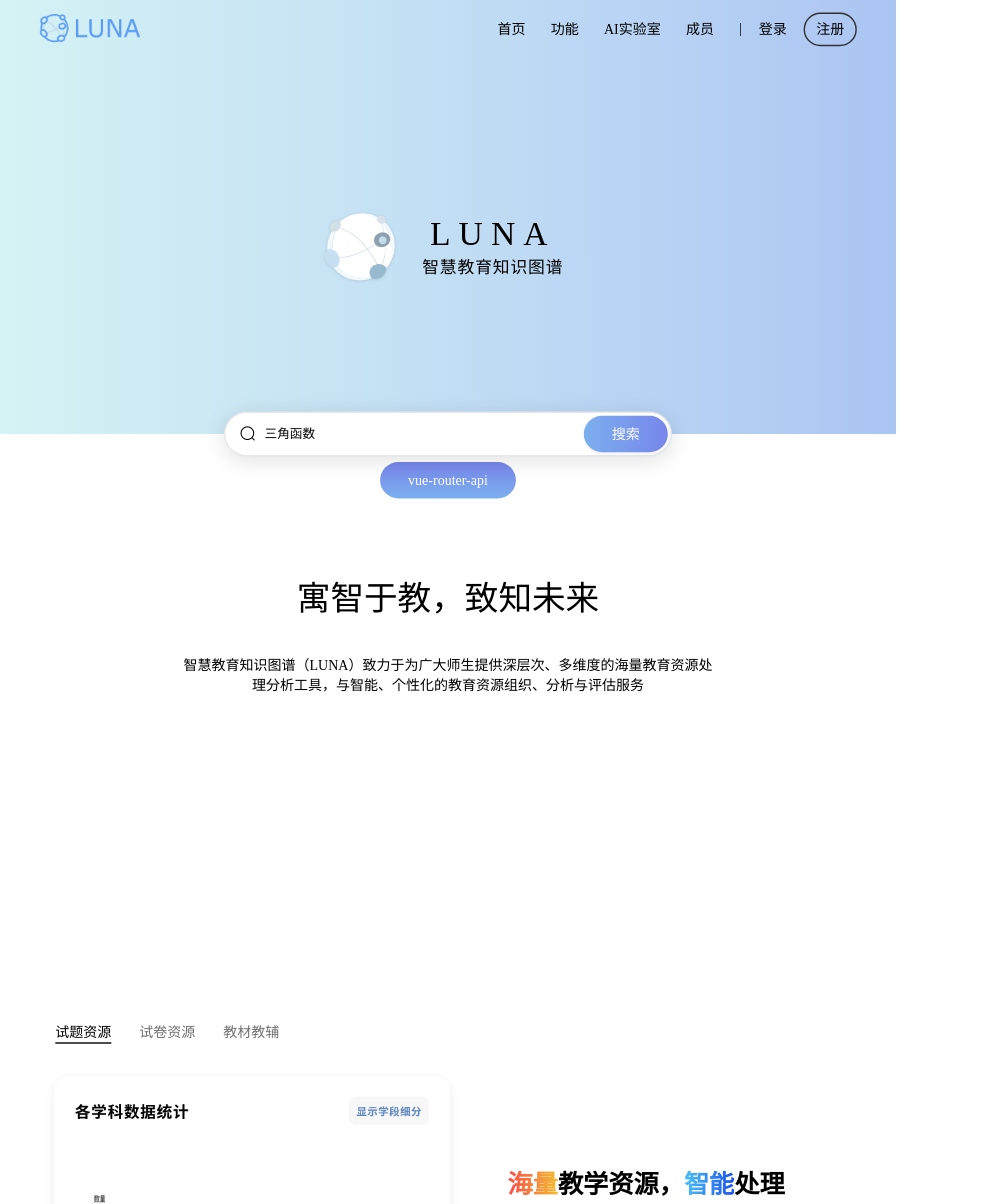
Repository: xydzy1/vue-start
Page: /
An editor plug-in stored every save of this project. The page is shown before and after the next save, followed by the edit.
The browser window is 1280 px wide. The page is 1440 px wide, so the pictures cover 1440 px, including what lies to the right of the window. The pictures show the part of the page from y = 0 to 1720 px (the page is 4352 px tall), at 70% of full size.
The project was rebuilt for these pictures with package versions that can differ from the ones it lists, and the page was loaded fresh each time. Also part of the build but not shown: vite.config.js, vue.config.cjs, src/assets/part1.css.

Above is the page before, as saved 2023-08-13 12:54:21.

### index.html
<!doctype html>
<html lang="en">
  <head>
    <meta charset="UTF-8" />
    <link rel="icon" type="image/svg+xml" href="/vite.svg" />
    <meta name="viewport" content="width=device-width, initial-scale=1.0" />
    <title>Vite App</title>
  </head>
  <body>
    <div id="app"></div>
    <script type="module" src="./src/main.js"></script>
  </body>
</html>

### src/App.vue
<template>
	<div>
		<router-view/>
	</div>
</template>

<script>

</script>

### src/components/main.vue
<template>
	<body class="font-Sara items-center overflow-x-hidden">
		<part1/>
		<part2/>
		<part3/>
		<part4/>
	</body>
</template>

<style scoped>

</style>

<script>
	import part1 from './all_part/part1.vue'
	import part2 from './all_part/part2.vue'
	import part3 from './all_part/part3.vue'
	import part4 from './all_part/part4.vue'
	export default{
		data() {
			return {}
		},
		methods:{},
		created(){
		},
		components:{part1,part2,part3,part4},
	}
	//导航栏响应滚动变色
	window.onscroll=function(){
		var topScroll =window.pageYOffset;
		console.log(topScroll)
		var nav=document.getElementById("nav");
		if(topScroll>120){
			nav.style.backgroundColor = 'rgba(255,255,255,0.75)';
			nav.style.backdropFilter = 'blur(24px)';
		}
		else{
			nav.style.backgroundColor = '';
			nav.style.backdropFilter = '';
		}
	}

</script>

### src/components/all_part/part1.vue
<template>
    <div>
        <div class="w-full max-w-1280 p-10 md:p-5 absolute flex items-center justify-center h-p1_1_nh md:h-p1_1_wh bg-gradient-to-r from-p1_c3 from-0% via-p1_c2 via-45% to-p1_c1 to-100% bg-opacity-100">
			<div class="fixed flex flex-row top-0 w-full z-50 py-nav_py" id="nav">
				<span class="flex-none pl-14">
					<img src="../../image/logo.png" class="w-36 h-11" >
				</span>
				<span class="flex-1"></span>
				<span class="hidden flex-none md:flex flex-row flex-nowrap max-w-1280 mx-14 text-xl font-medium">
					<button class="pr-3 hover:text-blue-400">首页</button>
					<button class="pr-3 ml-6 hover:text-blue-400">功能</button>
					<button v-for="item in ['AI实验室','成员']" class="ml-6 pr-3 hover:text-blue-400">{{ item }}</button>
					<span class="ml-6 mt-2">|</span>
					<button class="ml-6 hover:text-blue-400 ">登录</button>
					<button class="border-login_cborder border-2 rounded-full pl-4 pr-4 ml-6 py-2 hover:text-blue-400 ">注册</button>
				</span>
				<span class="flex-1 md:hidden">
					<button class="hover:text-blue-400 text-4xl absolute right-4"><i class="el-icon-menu"></i></button>
				</span>
			</div>
			<div class="absolute flex flex-row max-w-1280 bottom-logo_bottom">
				<span class="flex-none">
					<img src="../../image/logo2.png" class="w-32 h-32">
				</span>
				<span class="mx-3 pt-5">
					<h1 class="text-5xl font-medium px-5 tracking-widest">LUNA</h1>
					<h2 class="text-2xl font-normal text-center max-w-760 mt-2 tracking-wider">智慧教育知识图谱</h2>
				</span>
			</div>
			<div class="absolute flex flex-row shadow-p1_shadow max-w-1280 border-2 rounded-full w-auto md:w-160 h-16 mx-15 md:mx-0 bg-white items-center bottom-0 -bottom-8 z-40">
				<i class="el-icon-search text-2xl ml-5 mr-3"></i>
				<div class="w-search_frame_narrow md:w-search_frame_wide">
					<input type="text" class="my-search_frame_my flex-none text-left text-4.5 font-medium w-search_frame_narrow md:w-search_frame_wide flex-none outline-none z-1" placeholder="在此输入知识点名称" v-model="serchinfo">
				</div>
				<button @click='hello' class="ml-4 shadow-p1_shadow2 transition duration-300 text-center rounded-full px-10 py-3 z-2 text-white text-xl font-normal bg-gradient-to-r from-p1_cbutton1 to-p1_cbutton2">
					搜索
				</button>
			</div>
		</div>
        <div class="w-full max-w-1280 absolute flex items-center justify-center h-p1_2_nh md:h-p1_2_wh mt-p1_1_nh md:mt-p1_1_wh">
			    <div class="absolute top-10">
				    <button @click="hello" class="transition duration-300 rounded-full pl-10 pr-10 pt-3 pb-3 bg-gradient-to-t from-p1_cbutton1 to-p1_cbutton2 text-white text-xl font-normal">
					    vue-router-api
				    </button>
			    </div>
			    <div class="flex-none absolute top-1/3 w-760 text-center text-5xl font-medium">
				    寓智于教，致知未来
			    </div>
			    <div class="flex-none absolute flex top-1/2 w-760 text-center text-xl font-normal">
					智慧教育知识图谱（LUNA）致力于为广大师生提供深层次、多维度的海量教育资源处理分析工具，与智能、个性化的教育资源组织、分析与评估服务
			    </div>
		</div>
    </div>
</template>


<style scoped>
	button{
		transition-duration: 300ms;
	}
	button:active{
		transform: scale(.95);
	}
	button:hover{
		filter: brightness(.9);
	}
</style>

<script>
    export default{
        name: 'part1',
        data() {
			return {
				serchinfo: '三角函数',
			}
		},
		methods:{
			hello() {
				this.$router.replace('/hello');
			},
		},
    }
</script>

### src/components/all_part/part2.vue
<template>
    <div class="absolute overflow-x-hidden w-full max-w-1280 flex items-center justify-center h-1500 minw:h-1000 mt-p2_mt px-10 minw:px-20 py-50">
			<div class="flex flex-col-reverse minw:flex-row flex-none items-center justify-center">
				<div class="flex flex-col items-center justify-center minw:items-stretch mt-20 minw:mt-0">
					<div class="flex flex-row text-xl font-semibold ml-6">
						<div class="flex flex-col" id="b1">
							<button class="flex-none" @click="c1">试题资源</button>
							<p class="w-auto h-0.5 bg-black" id="l1"></p>
						</div>
						<p class="w-10"></p>
						<div class="flex flex-col" id="b2">
							<button class="flex-none" @click="c2">试卷资源</button>
							<p class="w-auto h-0.5 bg-black" id="l2"></p>
						</div>
						<p class="w-10"></p>
						<div class="flex flex-col" id="b3">
							<button class="flex-none" @click="c3">教材教辅</button>
							<p class="w-auto h-0.5 bg-black" id="l3"></p>
						</div>
					</div>
					<div class="flex items-center justify-center mt-8">
						<div class="flex-none">
							<img src="../../image/data.png" class="w-152.5 h-130">
						</div>
					</div>
				</div>
				<div class="flex flex-col mt-36 ml-15">
					<span class="w-125 text-4xl font-bold text-center minw:text-left">
						<span class="bg-gradient-to-r from-p2_cword1_1 to-p2_cword1_2 inline-block bg-clip-text text-transparent">海量</span>
						<span >教学资源，</span>
						<span class="bg-gradient-to-r from-p2_cword2_1 to-p2_cword2_2 inline-block bg-clip-text text-transparent">智能</span>
						<span>处理</span>
					</span>
					<ul class="w-125 text-xl font-normal text-p3_cword4 mt-10 text-center minw:text-left">
						<li>海量标准化、体系化的教学资源</li>
						<li class="pt-6">基于高效准确的试题相似度评估算法的高质量资源库</li>
						<li class="pt-6">智能与个性化的资源录入、查询和管理服务</li>
					</ul>
					<span class="flex flex-row w-125 text-xl text-white font-normal mt-10">
						<button class="bg-p2_cbutton2 pt-3 pb-3 pl-5 pr-5 mr-4  rounded-xl"><i class="el-icon-edit"></i> 试题录入</button>
						<button class="bg-p2_cbutton3 pt-3 pb-3 pl-5 pr-5 mr-4  rounded-xl"><i class="el-icon-search"></i> 试题检索</button>
						<button class="bg-p2_cbutton1 pt-3 pb-3 pl-5 pr-5  rounded-xl"><i class="el-icon-reading"></i> 智能分析</button>
					</span>
				</div>
			</div>
	</div>
</template>

<style>
	button{
		transition-duration: 300ms;
	}
	button:active{
		transform: scale(.95);
	}
	button:hover{
		filter: brightness(.9);
	}
</style>

<script>
    export default{
        name: 'part2',
		data(){
			return{

			}
		},
		methods:{
			c1(){
				var b1=document.getElementById('b1');
				var b2=document.getElementById('b2');
				var b3=document.getElementById('b3');
				var l1=document.getElementById('l1');
				var l2=document.getElementById('l2');
				var l3=document.getElementById('l3');
				b1.style.color='#000000';
				b2.style.color='#707070';
				b3.style.color='#707070';
				l1.style.display='';
				l2.style.display='none';
				l3.style.display='none';
			},
			c2(){
				var b1=document.getElementById('b1');
				var b2=document.getElementById('b2');
				var b3=document.getElementById('b3');
				var l1=document.getElementById('l1');
				var l2=document.getElementById('l2');
				var l3=document.getElementById('l3');
				b1.style.color='#707070';
				b2.style.color='#000000';
				b3.style.color='#707070';
				l1.style.display='none';
				l2.style.display='';
				l3.style.display='none';
			},
			c3(){
				var b1=document.getElementById('b1');
				var b2=document.getElementById('b2');
				var b3=document.getElementById('b3');
				var l1=document.getElementById('l1');
				var l2=document.getElementById('l2');
				var l3=document.getElementById('l3');
				b1.style.color='#707070';
				b2.style.color='#707070';
				b3.style.color='#000000';
				l1.style.display='none';
				l2.style.display='none';
				l3.style.display='';
			}
		},
		mounted(){
			this.c1();
		}
	}
</script>

### src/components/all_part/part3.vue
<template>
    <div class="items-center justify-center py-45 px-10 minw:px-20 absolute w-full max-w-1280 flex flex-col minw:flex-row h-1500 minw:h-1000 mt-p3_mt2 minw:mt-p3_mt1 bg-gradient-to-r from-p3_c1 to-p3_c2">
			<div class="flex-none">
				<div class="flex flex-col items-center minw:items-stretch">
					<span class="flex-none w-125 h-8 text-4xl font-bold text-center minw:text-left">
						<span class="bg-gradient-to-r from-p3_cword1_1 to-p3_cword1_2 inline-block bg-clip-text text-transparent">
							多元
						</span>
						<span>知识点，</span>
						<span class="bg-gradient-to-r from-p3_cword2_1 to-p3_cword2_2 inline-block bg-clip-text text-transparent">
							直观
						</span>
						<span>呈现</span>
					</span>
					<ul class="flex-none text-xl font-normal mt-14 text-p3_cword4 text-center minw:text-left">
						<li>知识点智能化组织与展示</li>
						<li class="pt-6">结构清晰，辅助学生梳理知识</li>
						<li class="pt-6">前驱后继、共同学习和层级关系三种知识关系展示</li>
					</ul>
					<span class="flex-none mt-10 text-white text-xl font-normal">
						<button class="bg-p3_cbutton pl-4 pr-6 pt-3 pb-3 border-2 rounded-xl"><i class="el-icon-right pr-2"></i>立即前往</button>
					</span>
				</div>
			</div>
			<div class="flex-none flex flex-col items-center justify-center px-0 minw:px-20 mt-20 minw:mt-11">
					<div class="w-130 minw:ml-20 h-auto px-8 flex flex-col flex-none border-2 rounded-3xl shadow-p3_shadow bg-white z-0">
						<span class="flex-none">
							<img src="../../image/triangle.png" class="w-114 h-80">
							<img src="../../image/triangle2.png" class="relative left-3/4 w-16 h-28">
						</span>
						<span class="pb-8 mt-8 flex flex-col flex-none">
							<span class="text-2xl font-bold">三角函数</span>
							<span class="text-xl font-normal text-p3_cword3 mt-6 leading-8">
								<p>三角函数是基本初等函数之一，是以角度（数学上最常用弧度制，下同）为自变量，
									角度对应任意角终边与单位圆交点坐标或其比值为因变量的函数...</p>
							</span>
						</span>
					</div>
			</div>
	</div>
</template>

<script>
    export default{
        name: 'part2'
    }
</script>

### src/components/all_part/part4.vue
<template>
    <div class="transition duration-200 ease-in-out w-full max-w-1280">
        <div class="py-66 px-20 absolute flex flex-col h-auto md:h-1160 mt-p4_mt2 minw:mt-p4_mt1 items-center justify-center">
			<div class="flex-none flex text-4xl ml-24 minw:ml-0 font-bold w-125 ">
				<span class="bg-gradient-to-r from-p4_cword1_1 to-p4_cword1_2 inline-block bg-clip-text text-transparent">
					特色
				</span>
				<span>教育功能，</span>
				<span class="bg-gradient-to-r from-p4_cword2_1 to-p4_cword2_2 inline-block bg-clip-text text-transparent">
					倾力
				</span>
				<span>打造</span>
			</div>
			<div class="flex flex-col minw:flex-row mt-12">
				<div class="flex-none flex flex-col md:flex-row max-w-full minw:max-w-2xl">
					<div class="relative transform hover:-translate-y-4 flex flex-col w-auto min-w-72 h-96 rounded-3xl shadow-p4_shadow mx-4">
						<div class="rounded-t-3xl w-auto min-w-72 h-36 overflow-hidden text-center">
							<img src="../../image/p4-1.png" class="w-full h-full">
						</div>
						<span class="text-2xl font-bold mt-5 mx-5">试卷分析</span>
						<span class="text-p3_cword3 leading-8 mt-2 mx-5 font-normal">
							<p>使用人工智能和数据挖掘技术在多个层次和维度上分析
							试卷，如各题型占比、知识点分值和难度变化</p>
						</span>
						<span class="absolute bottom-5">
							<button class="text-p4_cbutton pl-5 pt-2">了解更多<i class="el-icon-right pl-2"></i></button>
						</span>
					</div>
					<div class="relative transform hover:-translate-y-4 flex flex-col w-auto min-w-72 h-96 rounded-3xl shadow-p4_shadow mx-4 mt-16 md:mt-0">
						<div class="rounded-t-3xl w-auto min-w-72 h-36 overflow-hidden">
							<img src="../../image/p4-2.png" class="w-full h-full">
						</div>
						<span class="text-2xl font-bold mt-5 mx-5">组卷系统</span>
						<span class="text-p3_cword3 leading-8 mt-2 mx-5 font-normal">
							<p>智能组卷系统提供丰富的选题方式，自动组卷，以及个
								性化试卷和答题卡编辑、预览与下载功能</p>
						</span>
						<span class="absolute bottom-5">
							<button class="text-p4_cbutton pl-5 pt-2">了解更多<i class="el-icon-right pl-2"></i></button>
						</span>
					</div>
				</div>
				<div class="flex flex-none flex-col md:flex-row max-w-full minw:max-w-2xl">
					<div class="relative transform hover:-translate-y-4 flex flex-col w-auto min-w-72 h-96 rounded-3xl shadow-p4_shadow mx-4 mt-16 minw:mt-0">
							<div class="rounded-t-3xl w-auto min-w-72 h-36 overflow-hidden">
								<img src="../../image/p4-3.png"	class="w-full h-full">
							</div>
							<span class="text-2xl font-bold mt-5 mx-5">AI实验室</span>
							<span class="text-p3_cword3 leading-8 mt-2 mx-5 font-normal">
								<p>由LUNA团队提供和维护，依托领先的技术实力，
									为用户提供高品质的教育产品及服务</p>
							</span>
							<span class="absolute bottom-5">
								<button class="text-p4_cbutton pl-5 pt-2">立即前往<i class="el-icon-right pl-2"></i></button>
							</span>
					</div>
					<div class="relative transform hover:-translate-y-4 flex flex-col w-auto min-w-72 h-96 rounded-3xl shadow-p4_shadow mx-4 mt-16 minw:mt-0">
						<div class="rounded-t-3xl w-auto min-w-72 h-36 overflow-hidden">
							<img src="../../image/p4-4.png" class="w-full h-full">
						</div>
						<span class="text-2xl font-bold mt-5 mx-5">智能教辅平台</span>
						<span class="text-p3_cword3 leading-8 mt-2 mx-5 font-normal">
							<p>深层次多维度海量教育资源分析，个性化资源管理
								、组织功能，为教师提供智能化教学服务</p>
						</span>
						<span class="absolute bottom-5">
							<button class="text-p4_cbutton pl-5 pt-2">立即前往<i class="el-icon-right pl-2"></i></button>
						</span>
					</div>
				</div>
			</div>
			<div class="w-full max-w-1280 py-8 px-72 absolute bottom-0 left-0 flex h-40 bg-gray-300 items-center justify-center">
			<div class="flex-none flex flex-col">
				<span class="flex flex-row text-gray-400 text-xl font-normal">
					<span>服务条款</span>
					<span class="ml-14">|</span>
					<span class="ml-14">隐私政策</span>
					<span class="ml-14">|</span>
					<span class="ml-14">联系我们</span>
				</span>
				<span class="flex flex-row text-gray-400 text-xl font-normal pt-4">
					<span>LUNA水镜智能</span>
					<span class="ml-1">©</span>
					<span class="ml-1">大数据分析与应用安徽省重点实验室</span>
				</span>
			</div>
			</div>
		</div>
    </div>
</template>

<style>
	img{
		object-fit: cover;
	}
</style>

<script>
    export default{
        name: 'part2'
    }
</script>

### tailwind.config.cjs
module.exports = {
  purge: ['./index.html', './src/**/*.{vue,js,ts,jsx,tsx}'],
  darkMode: false, // or 'media' or 'class'
  theme: {
    extend: {
      colors: {
        //background color
        p1_c1: '#ABC5F3',
        p1_c2: '#C2DEF4',
        p1_c3: '#D5F2F4',
        p3_c1: '#FFF5F5',
        p3_c2: '#DDE2F6',
        //button color
        login_cborder: '#313131',
        p1_cbutton1: '#7BAFEE',
        p1_cbutton2: '#7786EB',
        p2_cbutton1: '#766AD4',
        p2_cbutton2: '#D46A6A',
        p2_cbutton3: '#6A91D4',
        p3_cbutton: '#6291C4',
        p4_cbutton: '#4E89FF',
        //text color
        p2_cword1_1: '#FF4848',
        p2_cword1_2: '#F0BC2D',
        p2_cword2_1: '#4CC1F7',
        p2_cword2_2: '#1A52EE',
        p2_cword3: '#707070',
        p3_cword1_1: '#23A1CB',
        p3_cword1_2: '#3AF4EB',
        p3_cword2_1: '#F74CBE',
        p3_cword2_2: '#1A52EE',
        p3_cword3: '#9E9E9E',
        p3_cword4: '#787878',
        p4_cword1_1: '#FF3C3C',
        p4_cword1_2: '#663CFF',
        p4_cword2_1: '#F74C88',
        p4_cword2_2: '#CA0F9E',
      },
      container: {
        center: true,
        padding: '10px',
      },
      boxShadow: {
        'p1_shadow': '0px 6px 32px 0px rgba(0, 0, 0, 0.12)',
        'p1_shadow2': '1px 2px 6px 0px rgba(0, 0, 0, 0.08)',
        'p3_shadow': '0px 4px 12px 0px rgba(0, 0, 0, 0.06)',
        'p4_shadow': '0px 6px 16px 0px rgba(0, 0, 0, 0.08)',
      },
      spacing:{
        '11': '44px',
        '15': '60px',
        'nav_py': '17.5px',
        'search_frame_my': '19px',
        '4.5': '22px',
        '25': '100px',
        '41.5': '166px',
        '45': '180px',
        '50': '200px',
        'logo_bottom': '202px',
        '66': '264px',
        'search_frame_narrow' : '320px',
        'search_frame_wide': '440px',
        '114': '456px',
        '125': '500px',
        '130': '520px',
        '140': '560px',
        '152.5': '610px',
        'p1_1_wh': '620px',
        'p1_1_nh': '660px',
        'p1_2_wh' : '632px',
        'p1_2_nh' : '592px',
        '160': '640px',
        '760': '760px',
        '1000': '1000px',
        'p4_h': '1160px',
        '1280': '1280px',
        '1500': '1500px',
        'p2_mt': '1252px',
        'p3_mt1': '2352px',
        'p3_mt2': '2852px',
        'p4_mt1': '3352px',
        'p4_mt2': '4352px',
        'p4_mt3': '5352px',
        '3/5': '60%',
        '1/7': '14.2857143%',
        '1/8': '12.5%',
      },
      letterSpacing: {
        'widest': '.24em',
      },
      flexBasis: {
        '1/7': '14.2857143%',
        '2/7': '28.5714286%',
        '4/7': '57.1428571%',
      },
      fontFamily: {
        'Sara': ['Sarasa Gothic SC'],
      },
      fontSize: {
        '4.5': ['18px', '26px'],
      },
      lineHeight: {
        '12': '3rem',
      },
      screens: {
        'minw': '1200px',
      },
      minWidth:{
        '36': '144px',
        '72': '288px'
      },
      maxWidth:{
        /* 启用最大宽度1280
        '1280': '1280px'
        */
      }
    },
  },
  variants: {
    extend: {},
  },
  plugins: [],
}

Loaded but not shown: src/style/tailwind.css (common file); src/router/index.js (28 lines, source omitted); src/main.js (21 lines, source omitted)

After the next save:
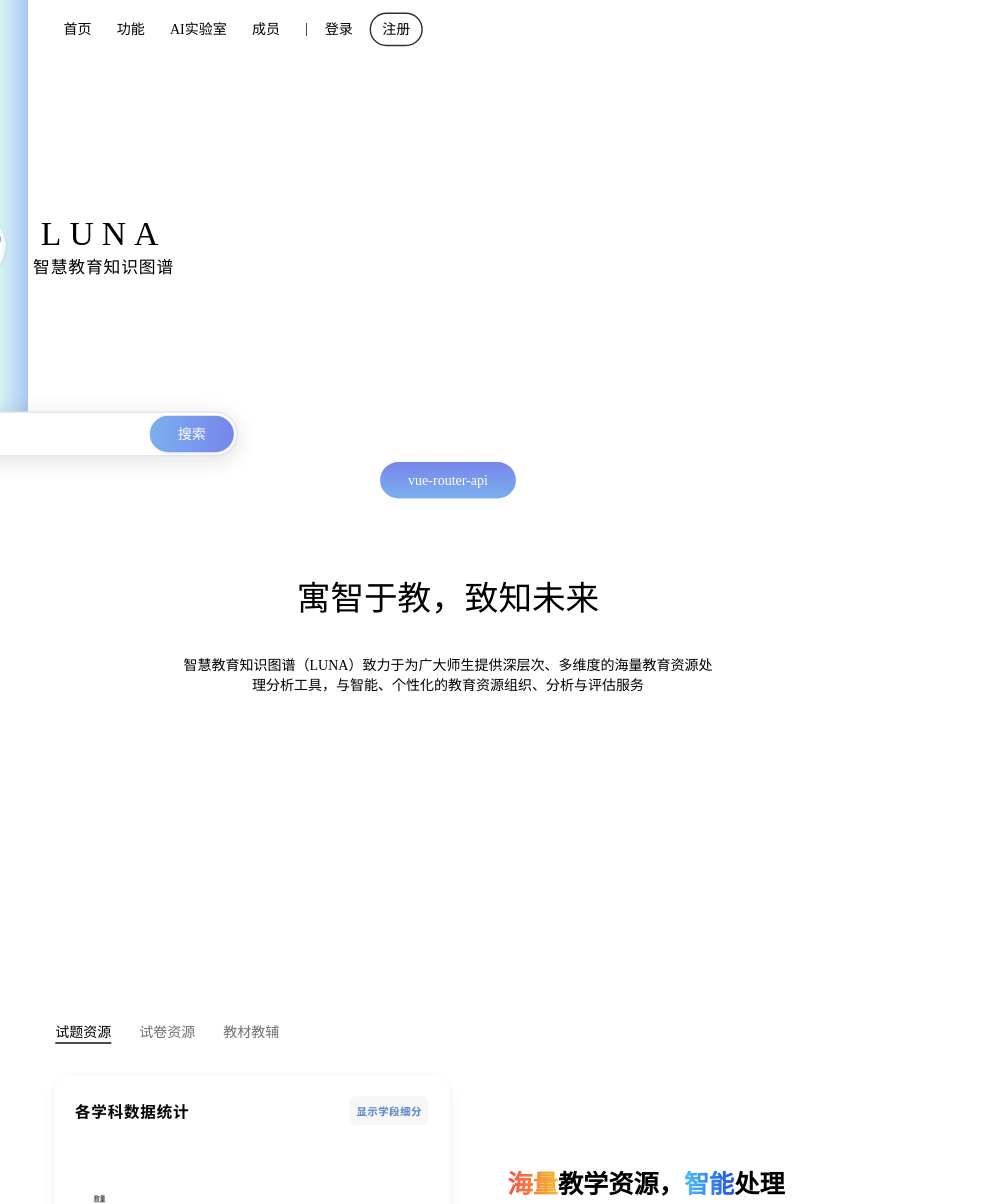
Saved 51 s later.
--- a/src/components/all_part/part1.vue
+++ b/src/components/all_part/part1.vue
@@ -1,6 +1,6 @@
 <template>
     <div>
-        <div class="w-full max-w-1280 p-10 md:p-5 absolute flex items-center justify-center h-p1_1_nh md:h-p1_1_wh bg-gradient-to-r from-p1_c3 from-0% via-p1_c2 via-45% to-p1_c1 to-100% bg-opacity-100">
+        <div class="w-auto max-w-1280 p-10 md:p-5 absolute flex items-center justify-center h-p1_1_nh md:h-p1_1_wh bg-gradient-to-r from-p1_c3 from-0% via-p1_c2 via-45% to-p1_c1 to-100% bg-opacity-100">
 			<div class="fixed flex flex-row top-0 w-full z-50 py-nav_py" id="nav">
 				<span class="flex-none pl-14">
 					<img src="../../image/logo.png" class="w-36 h-11" >

After the save that followed:
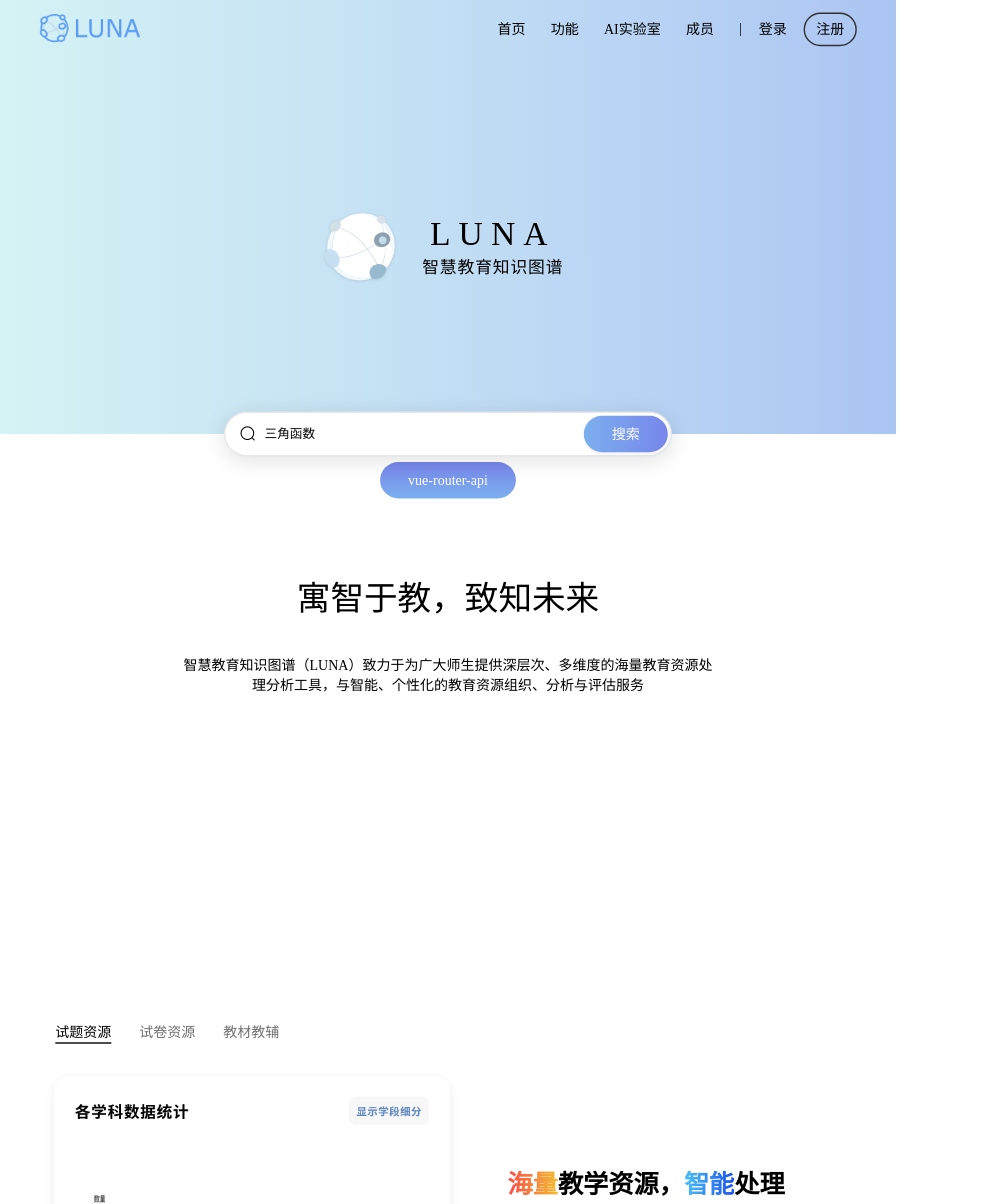
Saved 11 s later.
--- a/src/components/all_part/part1.vue
+++ b/src/components/all_part/part1.vue
@@ -1,6 +1,6 @@
 <template>
     <div>
-        <div class="w-auto max-w-1280 p-10 md:p-5 absolute flex items-center justify-center h-p1_1_nh md:h-p1_1_wh bg-gradient-to-r from-p1_c3 from-0% via-p1_c2 via-45% to-p1_c1 to-100% bg-opacity-100">
+        <div class="w-full max-w-1280 p-10 md:p-5 absolute flex items-center justify-center h-p1_1_nh md:h-p1_1_wh bg-gradient-to-r from-p1_c3 from-0% via-p1_c2 via-45% to-p1_c1 to-100% bg-opacity-100">
 			<div class="fixed flex flex-row top-0 w-full z-50 py-nav_py" id="nav">
 				<span class="flex-none pl-14">
 					<img src="../../image/logo.png" class="w-36 h-11" >
